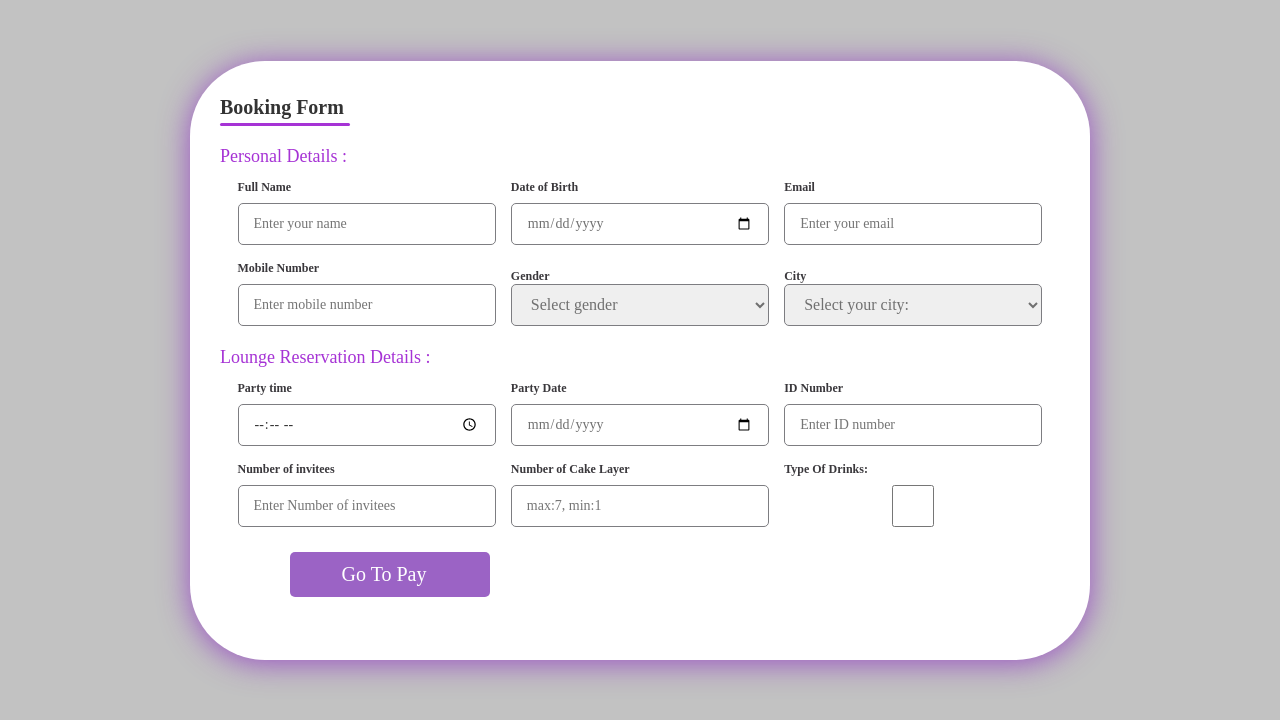
Repository: special4Party/Graduation-project-wedding-hall
Page: include/temp/booking.html
These files come from the project's save history. The page is drawn as it stood at one moment and after the next save; the edit follows.
The browser window is 1280 px wide. The pictures show the whole page.
Some icons come from a web library that is not loaded, so they are not drawn.

Above is the page before, as saved 2022-04-30 21:08:50.

### include/temp/booking.html
<!DOCTYPE html>
<html lang="en" dir="ltr">
  <head>
    <meta charset="utf-8">
    <title>Book Page</title>
    <link rel="stylesheet" href="/layout/css/booking.css">
    <link rel="stylesheet" href="/layout/css/normalize.css">
    <link rel="stylesheet" href="https://unicons.iconscout.com/release/v4.0.0/css/line.css">
  </head>
  <body>
    <div class="container">
        <header>Booking Form</header>

        <form action="#">
            <div class="form first">
                <div class="details personal">
                    <span class="title">Personal Details :</span>

                    <div class="fields">
                        <div class="input-field">
                            <label>Full Name</label>
                            <input type="text" name="full-name-booking-page" placeholder="Enter your name" required>
                        </div>

                        <div class="input-field">
                            <label>Date of Birth</label>
                            <input type="date" name="birthday-person-booking-page" placeholder="Enter birth date" required>
                        </div>

                        <div class="input-field">
                            <label>Email</label>
                            <input type="text" name="email-person-booking-page" placeholder="Enter your email" required>
                        </div>

                        <div class="input-field">
                            <label>Mobile Number</label>
                            <input type="number" name="phone-person-booking-page" placeholder="Enter mobile number" required>
                        </div>

                        <div class="input-field">
                            <label>Gender</label>
                            <select required>
                                <option disabled selected>Select gender</option>
                                <option>Male</option>
                                <option>Female</option>
                            </select>
                        </div>

                        <div class="input-field">
                            <label>City</label>
                            <select required>
                                <option disabled selected>Select your city: </option>
                                <option>Amman</option>
                                <option>Irbid</option>
                                <option>Zarqa</option>
                                <option>Salt</option>
                                <option>Mafraq</option>
                                <option>Karak</option>
                                <option>Madaba</option>
                                <option>Jerash</option>
                                <option>Ajloun</option>
                                <option>Tafila</option>
                                <option>Aqaba</option>
                                <option>Ma'an</option>
                            </select>
                        </div>
                    </div>
                </div>

                <div class="details ID">
                    <span class="title">Lounge Reservation Details :</span>

                    <div class="fields">


                        <div class="input-field">
                            <label>Party time</label>
                            <input type="time" name="party-time-booking-page" placeholder="Enter issued state" required>
                        </div>

                        <div class="input-field">
                            <label>Party Date</label>
                            <input type="date"name="party-date-booking-page" placeholder="Enter Party Month/year" required>
                        </div>

                        <div class="input-field">
                            <label>ID Number</label>
                            <input type="number" name="id-number-person-booking-page" placeholder="Enter ID number" required>
                        </div>

                        <div class="input-field">
                            <label>Number of invitees</label>
                            <input type="number" name="number-of-person-booking-page" placeholder="Enter Number of invitees" required>
                        </div>
                        <div class="input-field">
                            <label>Number of Cake Layer</label>
                            <input type="number" name="number-of-Cake-layer-booking-page" max="7" min="1" placeholder="max:7, min:1" required>
                        </div>
                        <div class="input-field">
                            <label>Type Of Drinks:</label>
                            <input type="checkbox" name="type-of-drink-booking-page"  required>
                        </div>
                    </div>

                    <button class="nextBtn">
                        <span class="btnText">Go To Pay</span>
                        <i class="uil uil-navigator"></i>
                    </button>
                </div>
            </div>

            <div class="form second">
                <div class="details address">
                    <span class="title">Payment Details</span>

                    <div class="fields">
                        <div class="input-field">
                            <label>cards accepted :</label>
                            <img src="/images/img/images.jpg" alt="">
                        </div>

                        <div class="input-field">
                            <label>name on card :</label>
                            <input type="text" name="name-on-card-payment-page" placeholder="mr. john deo" required>
                        </div>

                        <div class="input-field">
                            <label>credit card number :</label>
                            <input type="number" name="number-on-card-payment-page" placeholder="1111-2222-3333-4444" required>
                        </div>

                        <div class="input-field">
                            <label>exp month :</label>
                            <input type="number" name="exp-month-card-payment-page" placeholder="1" required>
                        </div>

                        <div class="input-field">
                            <label>exp year :</label>
                            <input type="number" name="exp-year-card-payment-page" placeholder="2022" required>
                        </div>

                        <div class="input-field">
                            <label>CVV :</label>
                            <input type="text" name="CVV-card-payment-page" placeholder="1234" required>
                        </div>
                    </div>
                </div>

                <div class="details family">

                    <div class="buttons">
                        <div class="backBtn">
                            <i class="uil uil-navigator"></i>
                            <span class="btnText">Back</span>
                        </div>

                        <button class="sumbit">
                            <span class="btnText">Submit</span>
                            <i class="uil uil-navigator"></i>
                        </button>
                    </div>
                </div>
<!-- -------------------------------------------- -->

                </div>
            </div>
        </form>
    </div>
<script>
    const form = document.querySelector("form"),
        nextBtn = form.querySelector(".nextBtn"),
        backBtn = form.querySelector(".backBtn"),
        allInput = form.querySelectorAll(".first input");


nextBtn.addEventListener("click", ()=> {
    allInput.forEach(input => {
        if(input.value != ""){
            form.classList.add('secActive');
        }else{
            form.classList.remove('secActive');
        }
    })
})

backBtn.addEventListener("click", () => form.classList.remove('secActive'));

</script>
    <!--<script src="script.js"></script>-->
</body>
</html>

### layout/css/booking.css
/* ===== Google Font Import - Poppins ===== */
@import url('https://fonts.googleapis.com/css2?family=Poppins:wght@200;300;400;500;600&display=swap');
*{
    margin: 0;
    padding: 0;
    box-sizing: border-box;
    font-family: cursive;
}
body{
    min-height: 100vh;
    display: flex;
    align-items: center;
    justify-content: center;
    background: #3f3e3f50;
}
.container{
    position: relative;
    max-width: 900px;
    width: 100%;
    border-radius: 75px;
    padding: 30px 30px;
    margin: 0 15px;
    background-color: #fff;
    box-shadow: 0 3px 30px rgba(136, 36, 194, 0.726);
}
.container header{
    position: relative;
    font-size: 20px;
    padding: 5px 0;
    font-weight: 600;
    color: #333;
}
.container header::before{
    content: "";
    position: absolute;
    left: 0;
    bottom: -2px;
    height: 3px;
    width: 130px;
    border-radius: 8px;
    background-color: #a633d5;
}
.container form{
    position: relative;
    margin-top: 16px;
    min-height: 490px;
    background-color: #fff;
    overflow: hidden;
}
.container form .form{
    position: absolute;
    background-color: #fff;
    transition: 0.3s ease;
}
.container form .form.second{
    opacity: 0;
    pointer-events: none;
    transform: translateX(100%);
}
form.secActive .form.second{
    opacity: 1;
    pointer-events: auto;
    transform: translateX(0);
}
form.secActive .form.first{
    opacity: 0;
    pointer-events: none;
    transform: translateX(-100%);
}
.container form .title{
    display: block;
    margin-bottom: 8px;
    font-size: 18px;
    font-weight: 500;
    margin: 6px 0;
    color: #a633d5;;
}
.container form .fields{
    display: flex;
    align-items: center;
    justify-content: space-around;
    flex-wrap: wrap;
    padding: 3px 10px;
}
form .fields .input-field{
    display: flex;
    width: calc(100% / 3 - 15px);
    flex-direction: column;
    margin: 4px 0;
}
.input-field label{
    font-size: 12px;
    font-weight: bold;
    color: #3a383c;
}
.input-field input, select{
    outline: none;
    font-size: 14px;
    font-weight: 400;
    color: #333;
    border-radius: 5px;
    border: 1px solid rgb(125, 125, 129);
    padding: 0 15px;
    height: 42px;
    margin: 8px 0;
}
.input-field input :focus,
.input-field select:focus{
    box-shadow: 0 3px 6px rgba(0,0,0,0.13);
}
.input-field select,
.input-field input[type="date"]{
    color: #707070;
}
.input-field input[type="date"]:valid{
    color: #333;
}
.container form button, .backBtn{
    display: flex;
    align-items: center;
    justify-content: center;
    height: 45px;
    max-width: 200px;
    width: 100%;
    border: none;
    outline: none;
    color: #fff;
    border-radius: 5px;
    margin: 10px 70px;
    background-color: #9b63c5;
    transition: all 0.3s linear;
    cursor: pointer;
}
.container form .btnText{
    font-size: 20px;
    font-weight: 400;
}
form button:hover,
.backBtn:hover{
    background-color: #cc82d6;
    color: #3a383c;
    font-size: 20px;
}
form button i,
form .backBtn i{
    margin: 0 6px;
}
form .backBtn i{
    transform: rotate(180deg);
}
form .buttons{
    display: flex;
    align-items: center;
}
form .buttons button , .backBtn{
    margin-right: 14px;
}

@media (max-width: 750px) {
    .container form{
        overflow-y: scroll;
    }
    .container form::-webkit-scrollbar{
       display: none;
    }
    form .fields .input-field{
        width: calc(100% / 2 - 15px);
    }
}

@media (max-width: 550px) {
    form .fields .input-field{
        width: 100%;
    }
}

Loaded but not shown: layout/css/normalize.css (library)

After the next save:
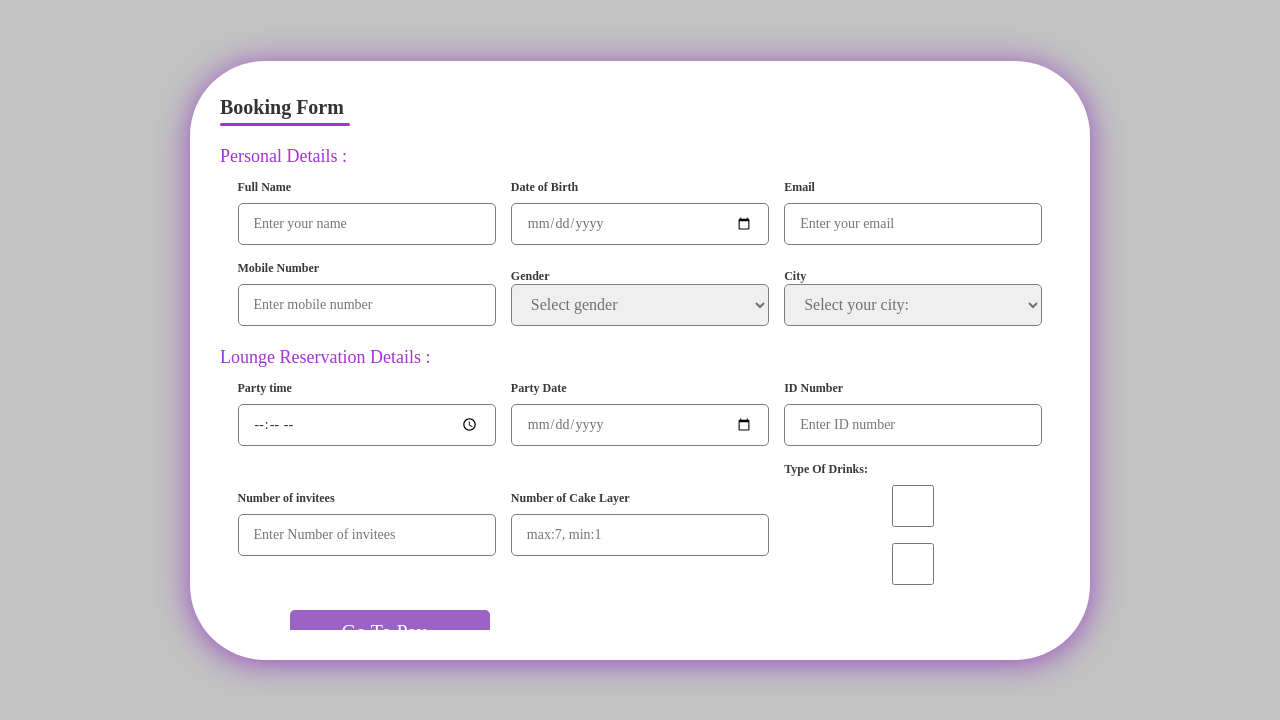
Saved 114 s later.
--- a/include/temp/booking.html
+++ b/include/temp/booking.html
@@ -98,7 +98,8 @@
                         </div>
                         <div class="input-field">
                             <label>Type Of Drinks:</label>
-                            <input type="checkbox" name="type-of-drink-booking-page"  required>
+                            <input type="checkbox" name="type-of-drink-booking-page">
+                            <input type="checkbox" name="type-of-drink-booking-page">
                         </div>
                     </div>
 
